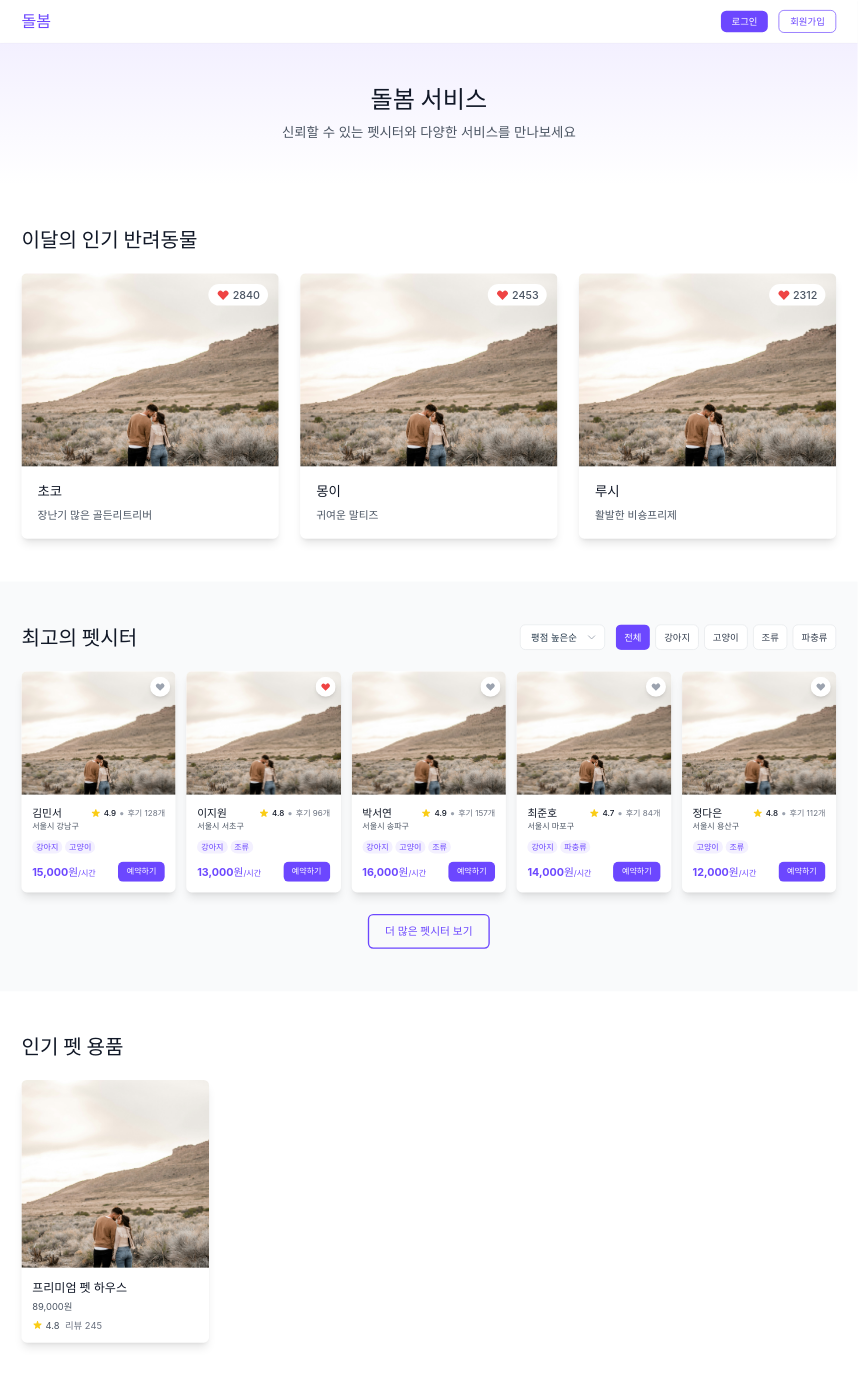
Repository: kksshh0612/pet-care-client
Page: /service
These files come from the project's save history. The page is drawn as it stood at one moment and after the next save; the edit follows.
The browser window is 1280 px wide. The pictures show the whole page, at 67% of full size.
The project was rebuilt for these pictures with package versions that can differ from the ones it lists, and the page was loaded fresh each time. Also part of the build but not shown: vite.config.js, src/components/MainPage.vue, src/components/MemberLogin.vue, src/components/SignUp.vue, src/components/modals/ChangePasswordModal.vue, src/components/modals/EditProfileModal.vue, src/components/modals/WithdrawModal.vue, src/components/modals/PetSitterRegisterModal.vue and 4 more.

Above is the page before, as saved 2025-02-14 09:30:07.

### index.html
<!doctype html>
<html lang="en">
  <head>
    <meta charset="UTF-8" />
    <link rel="icon" type="image/svg+xml" href="/vite.svg" />
    <link rel="preconnect" href="https://fonts.googleapis.com">
    <link rel="preconnect" href="https://fonts.gstatic.com" crossorigin>
    <link href="https://fonts.googleapis.com/css2?family=Noto+Sans+KR:wght@100;300;400;500;700;900&display=swap" rel="stylesheet">
    <meta name="viewport" content="width=device-width, initial-scale=1.0" />
    <title>Pet Care App</title>
  </head>
  <body>
    <div id="app"></div>
    <script type="module" src="/src/main.js"></script>
  </body>
</html>

### src/App.vue
<script>
import Header from './components/common/Header.vue'

export default {
  name: 'App',
  components: {
    Header
  },
  computed: {
    isAuthPage() {
      return ['/login', '/signup'].includes(this.$route.path)
    }
  }
}
</script>

<template>
  <div>
    <Header v-if="!isAuthPage" />
    <router-view />
  </div>
</template>

<style scoped>
.logo {
  height: 6em;
  padding: 1.5em;
  will-change: filter;
  transition: filter 300ms;
}
.logo:hover {
  filter: drop-shadow(0 0 2em #646cffaa);
}
.logo.vue:hover {
  filter: drop-shadow(0 0 2em #42b883aa);
}
</style>

### src/style.css
:root {
  font-family: Inter, system-ui, Avenir, Helvetica, Arial, sans-serif;
  line-height: 1.5;
  font-weight: 400;

  color-scheme: light dark;
  color: rgba(255, 255, 255, 0.87);
  background-color: #242424;

  font-synthesis: none;
  text-rendering: optimizeLegibility;
  -webkit-font-smoothing: antialiased;
  -moz-osx-font-smoothing: grayscale;
}

a {
  font-weight: 500;
  color: #646cff;
  text-decoration: inherit;
}
a:hover {
  color: #535bf2;
}

body {
  margin: 0;
  min-width: 320px;
  min-height: 100vh;
  background-color: #ffffff;
  color: #213547;
}

h1 {
  font-size: 3.2em;
  line-height: 1.1;
}

button {
  border-radius: 8px;
  border: 1px solid transparent;
  padding: 0.6em 1.2em;
  font-size: 1em;
  font-weight: 500;
  font-family: inherit;
  background-color: #1a1a1a;
  cursor: pointer;
  transition: border-color 0.25s;
}
button:hover {
  border-color: #646cff;
}
button:focus,
button:focus-visible {
  outline: 4px auto -webkit-focus-ring-color;
}

.card {
  padding: 2em;
}

#app {
  width: 100%;
  margin: 0 auto;
}

@media (prefers-color-scheme: light) {
  :root {
    color: #213547;
    background-color: #ffffff;
  }
  a:hover {
    color: #747bff;
  }
  button {
    background-color: #f9f9f9;
  }
}

@tailwind base;
@tailwind components;
@tailwind utilities;

@layer base {
  html {
    font-family: 'Noto Sans KR', sans-serif;
  }
}

### src/components/ServicePage.vue
<template>
  <div class="min-h-screen bg-white">
    <!-- 네비게이션 바는 MainPage와 동일 -->
    <nav class="fixed top-0 left-0 right-0 bg-white shadow-sm z-50">
      <!-- 네비게이션 내용 동일 -->
    </nav>

    <!-- 메인 컨텐츠 -->
    <main class="pt-16">
      <!-- 헤더 섹션 -->
      <section class="relative bg-gradient-to-b from-[#F3F0FF] to-white py-16">
        <div class="max-w-7xl mx-auto px-4 sm:px-6 lg:px-8">
          <h1 class="text-4xl font-bold text-gray-900 text-center">
            돌봄 서비스
          </h1>
          <p class="mt-4 text-xl text-gray-600 text-center">
            신뢰할 수 있는 펫시터와 다양한 서비스를 만나보세요
          </p>
        </div>
      </section>

      <!-- 인기 반려동물 섹션 -->
      <section class="py-16 bg-white">
        <div class="max-w-7xl mx-auto px-4 sm:px-6 lg:px-8">
          <h2 class="text-3xl font-bold text-gray-900 mb-8">
            이달의 인기 반려동물
          </h2>
          <div class="grid grid-cols-1 md:grid-cols-2 lg:grid-cols-3 gap-8">
            <!-- 인기 반려동물 카드 -->
            <div v-for="pet in popularPets" :key="pet.id"
                 class="bg-white rounded-lg shadow-lg overflow-hidden transform hover:scale-105 transition-transform duration-300">
              <div class="relative pb-[75%]">
                <img :src="pet.image" :alt="pet.name"
                     class="absolute inset-0 w-full h-full object-cover">
                <div class="absolute top-4 right-4 bg-white rounded-full px-3 py-1 flex items-center space-x-1">
                  <svg class="w-5 h-5 text-red-500" fill="currentColor" viewBox="0 0 20 20">
                    <path fill-rule="evenodd" d="M3.172 5.172a4 4 0 015.656 0L10 6.343l1.172-1.171a4 4 0 115.656 5.656L10 17.657l-6.828-6.829a4 4 0 010-5.656z" clip-rule="evenodd" />
                  </svg>
                  <span class="text-gray-600 font-medium">{{ pet.likes }}</span>
                </div>
              </div>
              <div class="p-6">
                <h3 class="text-xl font-semibold text-gray-900">{{ pet.name }}</h3>
                <p class="mt-2 text-gray-600">{{ pet.description }}</p>
              </div>
            </div>
          </div>
        </div>
      </section>

      <!-- 추천 펫시터 섹션 -->
      <section class="py-16 bg-gray-50">
        <div class="max-w-7xl mx-auto px-4 sm:px-6 lg:px-8">
          <div class="flex justify-between items-center mb-8">
            <h2 class="text-3xl font-bold text-gray-900">
              최고의 펫시터
            </h2>
            <!-- 필터 및 정렬 옵션 -->
            <div class="flex items-center gap-4">
              <!-- 평점순 필터 -->
              <div class="relative">
                <select
                  class="appearance-none pl-4 pr-10 py-2 bg-white border border-gray-200 rounded-lg text-sm focus:outline-none focus:ring-2 focus:ring-[#6C47FF] hover:border-gray-300 transition-colors cursor-pointer"
                >
                  <option value="rating">평점 높은순</option>
                  <option value="review">후기 많은순</option>
                  <option value="price_low">가격 낮은순</option>
                  <option value="price_high">가격 높은순</option>
                </select>
                <div class="absolute inset-y-0 right-0 flex items-center pr-3 pointer-events-none">
                  <svg class="w-4 h-4 text-gray-400" fill="none" stroke="currentColor" viewBox="0 0 24 24">
                    <path stroke-linecap="round" stroke-linejoin="round" stroke-width="2" d="M19 9l-7 7-7-7" />
                  </svg>
                </div>
              </div>

              <!-- 동물 종류 필터 -->
              <div class="flex gap-2">
                <button
                  v-for="type in petTypeFilters"
                  :key="type.value"
                  @click="togglePetTypeFilter(type.value)"
                  :class="[
                    'px-3 py-2 rounded-lg text-sm font-medium transition-colors',
                    selectedPetTypes.includes(type.value)
                      ? 'bg-[#6C47FF] text-white'
                      : 'bg-white border border-gray-200 text-gray-700 hover:border-gray-300'
                  ]"
                >
                  <div class="flex items-center gap-1.5">
                    <span>{{ type.label }}</span>
                  </div>
                </button>
              </div>
            </div>
          </div>

          <!-- 펫시터 목록 -->
          <div class="grid grid-cols-1 sm:grid-cols-2 md:grid-cols-3 lg:grid-cols-4 xl:grid-cols-5 gap-4">
            <div v-for="sitter in petSitters" :key="sitter.id"
                 class="bg-white rounded-lg shadow-lg overflow-hidden hover:shadow-xl transition-shadow duration-300">
              <!-- 프로필 이미지 -->
              <div class="relative pb-[80%]">
                <img :src="sitter.profileImage" :alt="sitter.name"
                     class="absolute inset-0 w-full h-full object-cover">
                <!-- 찜하기 버튼 -->
                <button
                  class="absolute top-2 right-2 p-1.5 bg-white rounded-full shadow-md hover:bg-gray-50 transition-colors"
                  @click="toggleFavorite(sitter.id)"
                >
                  <svg class="w-4 h-4" :class="sitter.isFavorite ? 'text-red-500' : 'text-gray-400'" fill="currentColor" viewBox="0 0 20 20">
                    <path fill-rule="evenodd" d="M3.172 5.172a4 4 0 015.656 0L10 6.343l1.172-1.171a4 4 0 115.656 5.656L10 17.657l-6.828-6.829a4 4 0 010-5.656z" clip-rule="evenodd" />
                  </svg>
                </button>
              </div>

              <!-- 펫시터 정보 -->
              <div class="p-4">
                <div class="flex justify-between items-start mb-3">
                  <div>
                    <h3 class="text-base font-semibold text-gray-900">{{ sitter.name }}</h3>
                    <p class="text-xs text-gray-600">{{ sitter.location }}</p>
                  </div>
                  <div class="flex items-center">
                    <svg class="w-4 h-4 text-yellow-400" fill="currentColor" viewBox="0 0 20 20">
                      <path d="M9.049 2.927c.3-.921 1.603-.921 1.902 0l1.07 3.292a1 1 0 00.95.69h3.462c.969 0 1.371 1.24.588 1.81l-2.8 2.034a1 1 0 00-.364 1.118l1.07 3.292c.3.921-.755 1.688-1.54 1.118l-2.8-2.034a1 1 0 00-1.175 0l-2.8 2.034c-.784.57-1.838-.197-1.539-1.118l1.07-3.292a1 1 0 00-.364-1.118L2.98 8.72c-.783-.57-.38-1.81.588-1.81h3.461a1 1 0 00.951-.69l1.07-3.292z" />
                    </svg>
                    <span class="ml-1 text-xs font-medium text-gray-900">{{ sitter.rating }}</span>
                    <span class="mx-1 text-gray-400">•</span>
                    <span class="text-xs text-gray-500">후기 {{ sitter.reviewCount }}개</span>
                  </div>
                </div>

                <!-- 가능한 동물 종류 -->
                <div class="flex flex-wrap gap-1 mb-3">
                  <span v-for="type in sitter.petTypes" :key="type"
                        class="px-1.5 py-0.5 bg-[#F3F0FF] text-[#6C47FF] rounded-full text-xs">
                    {{ getPetTypeLabel(type) }}
                  </span>
                </div>

                <!-- 시간당 요금 -->
                <div class="flex justify-between items-center">
                  <div class="text-[#6C47FF]">
                    <span class="text-base font-bold">{{ formatPrice(sitter.hourlyRate) }}</span>
                    <span class="text-xs">/시간</span>
                  </div>
                  <button
                    class="px-3 py-1.5 bg-[#6C47FF] text-white rounded-lg text-xs font-medium hover:bg-[#5835FF] transition-colors"
                    @click="bookPetSitter(sitter.id)"
                  >
                    예약하기
                  </button>
                </div>
              </div>
            </div>
          </div>

          <!-- 더보기 버튼 -->
          <div class="flex justify-center mt-8">
            <button
              class="px-6 py-3 border-2 border-[#6C47FF] text-[#6C47FF] rounded-lg font-medium hover:bg-[#F3F0FF] transition-colors"
              @click="loadMore"
            >
              더 많은 펫시터 보기
            </button>
          </div>
        </div>
      </section>

      <!-- 인기 용품 섹션 -->
      <section class="py-16 bg-white">
        <div class="max-w-7xl mx-auto px-4 sm:px-6 lg:px-8">
          <h2 class="text-3xl font-bold text-gray-900 mb-8">
            인기 펫 용품
          </h2>
          <div class="grid grid-cols-2 md:grid-cols-3 lg:grid-cols-4 gap-8">
            <!-- 용품 카드 -->
            <div v-for="product in popularProducts" :key="product.id"
                 class="group relative bg-white rounded-lg shadow-lg overflow-hidden transform hover:scale-105 transition-transform duration-300">
              <div class="relative pb-[100%]">
                <img :src="product.image" :alt="product.name"
                     class="absolute inset-0 w-full h-full object-cover">
                <div class="absolute inset-0 bg-black bg-opacity-0 group-hover:bg-opacity-10 transition-opacity duration-300"></div>
              </div>
              <div class="p-4">
                <h3 class="text-lg font-semibold text-gray-900">{{ product.name }}</h3>
                <p class="mt-1 text-sm text-gray-600">{{ product.price }}</p>
                <div class="mt-2 flex items-center space-x-2">
                  <div class="flex items-center text-yellow-400">
                    <svg class="w-4 h-4" fill="currentColor" viewBox="0 0 20 20">
                      <path d="M9.049 2.927c.3-.921 1.603-.921 1.902 0l1.07 3.292a1 1 0 00.95.69h3.462c.969 0 1.371 1.24.588 1.81l-2.8 2.034a1 1 0 00-.364 1.118l1.07 3.292c.3.921-.755 1.688-1.54 1.118l-2.8-2.034a1 1 0 00-1.175 0l-2.8 2.034c-.784.57-1.838-.197-1.539-1.118l1.07-3.292a1 1 0 00-.364-1.118L2.98 8.72c-.783-.57-.38-1.81.588-1.81h3.461a1 1 0 00.951-.69l1.07-3.292z" />
                    </svg>
                    <span class="ml-1 text-sm text-gray-600">{{ product.rating }}</span>
                  </div>
                  <span class="text-sm text-gray-500">리뷰 {{ product.reviewCount }}</span>
                </div>
              </div>
            </div>
          </div>
        </div>
      </section>
    </main>

    <!-- Footer는 MainPage와 동일 -->
    <footer class="bg-gray-900 text-gray-300">
      <!-- Footer 내용 동일 -->
    </footer>
  </div>
</template>

<script>
export default {
  name: 'ServicePage',
  data() {
    return {
      popularPets: [
        {
          id: 1,
          name: '초코',
          image: '/src/assets/test_image.jpg',
          description: '장난기 많은 골든리트리버',
          likes: 2840
        },
        {
          id: 2,
          name: '몽이',
          image: '/src/assets/test_image.jpg',
          description: '귀여운 말티즈',
          likes: 2453
        },
        {
          id: 3,
          name: '루시',
          image: '/src/assets/test_image.jpg',
          description: '활발한 비숑프리제',
          likes: 2312
        }
      ],
      petSitters: [
        {
          id: 1,
          name: '김민서',
          profileImage: '/src/assets/test_image.jpg',
          location: '서울시 강남구',
          rating: 4.9,
          reviewCount: 128,
          petTypes: ['dog', 'cat'],
          hourlyRate: 15000,
          isFavorite: false
        },
        {
          id: 2,
          name: '이지원',
          profileImage: '/src/assets/test_image.jpg',
          location: '서울시 서초구',
          rating: 4.8,
          reviewCount: 96,
          petTypes: ['dog', 'bird'],
          hourlyRate: 13000,
          isFavorite: true
        },
        {
          id: 3,
          name: '박서연',
          profileImage: '/src/assets/test_image.jpg',
          location: '서울시 송파구',
          rating: 4.9,
          reviewCount: 157,
          petTypes: ['dog', 'cat', 'bird'],
          hourlyRate: 16000,
          isFavorite: false
        },
        {
          id: 4,
          name: '최준호',
          profileImage: '/src/assets/test_image.jpg',
          location: '서울시 마포구',
          rating: 4.7,
          reviewCount: 84,
          petTypes: ['dog', 'reptile'],
          hourlyRate: 14000,
          isFavorite: false
        },
        {
          id: 5,
          name: '정다은',
          profileImage: '/src/assets/test_image.jpg',
          location: '서울시 용산구',
          rating: 4.8,
          reviewCount: 112,
          petTypes: ['cat', 'bird'],
          hourlyRate: 12000,
          isFavorite: false
        }
      ],
      popularProducts: [
        {
          id: 1,
          name: '프리미엄 펫 하우스',
          image: '/src/assets/test_image.jpg',
          price: '89,000원',
          rating: 4.8,
          reviewCount: 245
        },
        // ... 더 많은 제품 데이터
      ],
      petTypeFilters: [
        { label: '전체', value: 'all' },
        { label: '강아지', value: 'dog' },
        { label: '고양이', value: 'cat' },
        { label: '조류', value: 'bird' },
        { label: '파충류', value: 'reptile' }
      ],
      selectedPetTypes: ['all']
    }
  },
  methods: {
    getPetTypeLabel(type) {
      const labels = {
        dog: '강아지',
        cat: '고양이',
        bird: '조류',
        reptile: '파충류',
        other: '기타'
      }
      return labels[type] || type
    },
    formatPrice(price) {
      return price.toLocaleString() + '원'
    },
    toggleFavorite(sitterId) {
      const sitter = this.petSitters.find(s => s.id === sitterId)
      if (sitter) {
        sitter.isFavorite = !sitter.isFavorite
      }
    },
    bookPetSitter(sitterId) {
      // 예약 페이지로 이동 또는 예약 모달 표시
      console.log('펫시터 예약:', sitterId)
    },
    loadMore() {
      // 추가 펫시터 데이터 로드
      console.log('더 많은 펫시터 로드')
    },
    togglePetTypeFilter(type) {
      if (type === 'all') {
        this.selectedPetTypes = ['all']
      } else {
        // 'all' 필터 제거
        this.selectedPetTypes = this.selectedPetTypes.filter(t => t !== 'all')

        const index = this.selectedPetTypes.indexOf(type)
        if (index === -1) {
          this.selectedPetTypes.push(type)
        } else {
          this.selectedPetTypes.splice(index, 1)
        }

        // 아무것도 선택되지 않았다면 '전체' 선택
        if (this.selectedPetTypes.length === 0) {
          this.selectedPetTypes = ['all']
        }
      }
    }
  }
}
</script>

Loaded but not shown: src/router/index.js (42 lines, source omitted); src/main.js (34 lines, source omitted); tailwind.config.js (15 lines, source omitted); src/components/common/Header.vue (60 lines, source omitted)

After the next save:
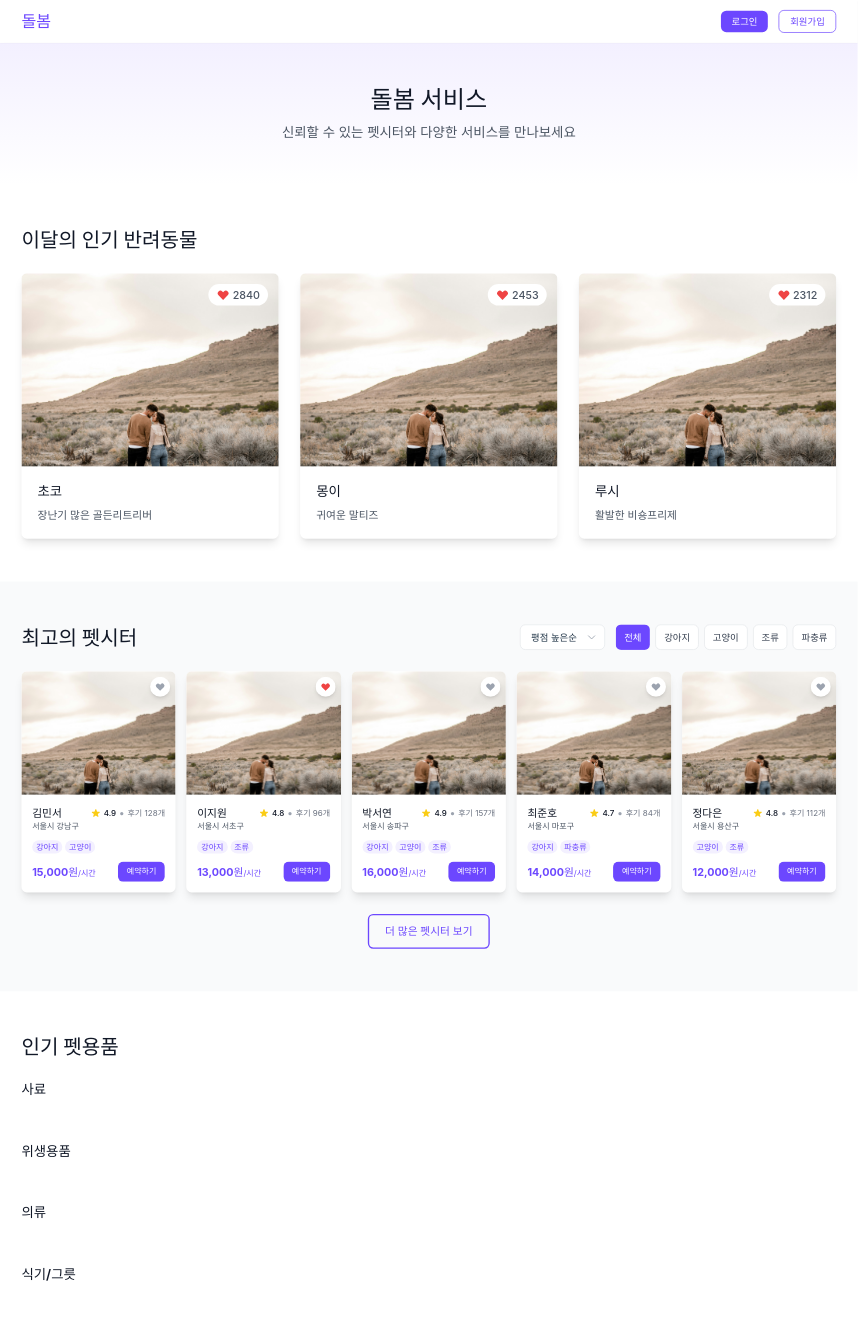
Saved 4 min 16 s later.
--- a/src/components/ServicePage.vue
+++ b/src/components/ServicePage.vue
@@ -168,32 +168,78 @@
         </div>
       </section>
 
-      <!-- 인기 용품 섹션 -->
+      <!-- 인기 펫용품 섹션 -->
       <section class="py-16 bg-white">
         <div class="max-w-7xl mx-auto px-4 sm:px-6 lg:px-8">
           <h2 class="text-3xl font-bold text-gray-900 mb-8">
-            인기 펫 용품
+            인기 펫용품
           </h2>
-          <div class="grid grid-cols-2 md:grid-cols-3 lg:grid-cols-4 gap-8">
-            <!-- 용품 카드 -->
-            <div v-for="product in popularProducts" :key="product.id"
-                 class="group relative bg-white rounded-lg shadow-lg overflow-hidden transform hover:scale-105 transition-transform duration-300">
-              <div class="relative pb-[100%]">
-                <img :src="product.image" :alt="product.name"
-                     class="absolute inset-0 w-full h-full object-cover">
-                <div class="absolute inset-0 bg-black bg-opacity-0 group-hover:bg-opacity-10 transition-opacity duration-300"></div>
-              </div>
-              <div class="p-4">
-                <h3 class="text-lg font-semibold text-gray-900">{{ product.name }}</h3>
-                <p class="mt-1 text-sm text-gray-600">{{ product.price }}</p>
-                <div class="mt-2 flex items-center space-x-2">
-                  <div class="flex items-center text-yellow-400">
-                    <svg class="w-4 h-4" fill="currentColor" viewBox="0 0 20 20">
-                      <path d="M9.049 2.927c.3-.921 1.603-.921 1.902 0l1.07 3.292a1 1 0 00.95.69h3.462c.969 0 1.371 1.24.588 1.81l-2.8 2.034a1 1 0 00-.364 1.118l1.07 3.292c.3.921-.755 1.688-1.54 1.118l-2.8-2.034a1 1 0 00-1.175 0l-2.8 2.034c-.784.57-1.838-.197-1.539-1.118l1.07-3.292a1 1 0 00-.364-1.118L2.98 8.72c-.783-.57-.38-1.81.588-1.81h3.461a1 1 0 00.951-.69l1.07-3.292z" />
-                    </svg>
-                    <span class="ml-1 text-sm text-gray-600">{{ product.rating }}</span>
-                  </div>
-                  <span class="text-sm text-gray-500">리뷰 {{ product.reviewCount }}</span>
+
+          <!-- 카테고리별 상품 목록 -->
+          <div class="space-y-12">
+            <!-- 사료 카테고리 -->
+            <div>
+              <h3 class="text-xl font-semibold text-gray-900 mb-4">사료</h3>
+              <div class="grid grid-cols-1 sm:grid-cols-2 md:grid-cols-3 lg:grid-cols-4 xl:grid-cols-5 gap-4">
+                <div v-for="product in getFoodProducts" :key="product.id"
+                     class="bg-white rounded-lg shadow-md overflow-hidden hover:shadow-lg transition-shadow">
+                  <div class="relative pb-[100%]">
+                    <img :src="product.image" :alt="product.name"
+                         class="absolute inset-0 w-full h-full object-cover">
+                    <div class="absolute top-2 right-2">
+                      <span class="bg-[#6C47FF] text-white px-2 py-1 rounded-full text-xs">
+                        {{ product.discount }}% OFF
+                      </span>
+                    </div>
+                  </div>
+                  <div class="p-4">
+                    <h4 class="text-sm font-medium text-gray-900 mb-1">{{ product.name }}</h4>
+                    <div class="flex items-center justify-between">
+                      <div>
+                        <p class="text-[#6C47FF] font-bold">{{ formatPrice(product.price) }}</p>
+                        <p class="text-xs text-gray-500 line-through">{{ formatPrice(product.originalPrice) }}</p>
+                      </div>
+                      <div class="flex items-center text-sm text-gray-500">
+                        <svg class="w-4 h-4 text-yellow-400" fill="currentColor" viewBox="0 0 20 20">
+                          <path d="M9.049 2.927c.3-.921 1.603-.921 1.902 0l1.07 3.292a1 1 0 00.95.69h3.462c.969 0 1.371 1.24.588 1.81l-2.8 2.034a1 1 0 00-.364 1.118l1.07 3.292c.3.921-.755 1.688-1.54 1.118l-2.8-2.034a1 1 0 00-1.175 0l-2.8 2.034c-.784.57-1.838-.197-1.539-1.118l1.07-3.292a1 1 0 00-.364-1.118L2.98 8.72c-.783-.57-.38-1.81.588-1.81h3.461a1 1 0 00.951-.69l1.07-3.292z" />
+                        </svg>
+                        <span class="ml-1">{{ product.rating }}</span>
+                      </div>
+                    </div>
+                  </div>
+                </div>
+              </div>
+            </div>
+
+            <!-- 위생용품 카테고리 -->
+            <div>
+              <h3 class="text-xl font-semibold text-gray-900 mb-4">위생용품</h3>
+              <div class="grid grid-cols-1 sm:grid-cols-2 md:grid-cols-3 lg:grid-cols-4 xl:grid-cols-5 gap-4">
+                <div v-for="product in getHygieneProducts" :key="product.id"
+                     class="bg-white rounded-lg shadow-md overflow-hidden hover:shadow-lg transition-shadow">
+                  <!-- 상품 카드 내용은 동일 -->
+                </div>
+              </div>
+            </div>
+
+            <!-- 의류 카테고리 -->
+            <div>
+              <h3 class="text-xl font-semibold text-gray-900 mb-4">의류</h3>
+              <div class="grid grid-cols-1 sm:grid-cols-2 md:grid-cols-3 lg:grid-cols-4 xl:grid-cols-5 gap-4">
+                <div v-for="product in getClothingProducts" :key="product.id"
+                     class="bg-white rounded-lg shadow-md overflow-hidden hover:shadow-lg transition-shadow">
+                  <!-- 상품 카드 내용은 동일 -->
+                </div>
+              </div>
+            </div>
+
+            <!-- 식기/그릇 카테고리 -->
+            <div>
+              <h3 class="text-xl font-semibold text-gray-900 mb-4">식기/그릇</h3>
+              <div class="grid grid-cols-1 sm:grid-cols-2 md:grid-cols-3 lg:grid-cols-4 xl:grid-cols-5 gap-4">
+                <div v-for="product in getBowlProducts" :key="product.id"
+                     class="bg-white rounded-lg shadow-md overflow-hidden hover:shadow-lg transition-shadow">
+                  <!-- 상품 카드 내용은 동일 -->
                 </div>
               </div>
             </div>
